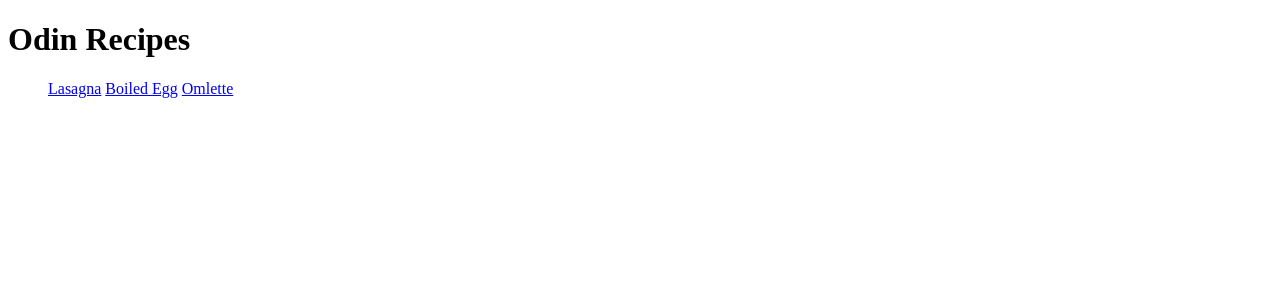
Repository: Pafestivo/odin-recipes
Page: index.html
These files come from the project's save history. The page is drawn as it stood at one moment and after the next save; the edit follows.
The browser window is 1280 px wide. The pictures show the whole page.

Above is the page before, as saved 2022-09-24 09:38:20.

### index.html
<!DOCTYPE html>
<html lang="en">
<head>
    <meta charset="UTF-8">
    <meta name="viewport" content="width=device-width, initial-scale=1.0">
    <title>Odin Recipes</title>
</head>
<body>
    <h1>Odin Recipes</h1>
    <ul>
        <a href="recipes/lasagna.html">Lasagna</a>
        <a href="recipes/boiled-egg">Boiled Egg</a>
        <a href="recipes/omlette">Omlette</a>
    </ul>

</body>
</html>

After the next save:
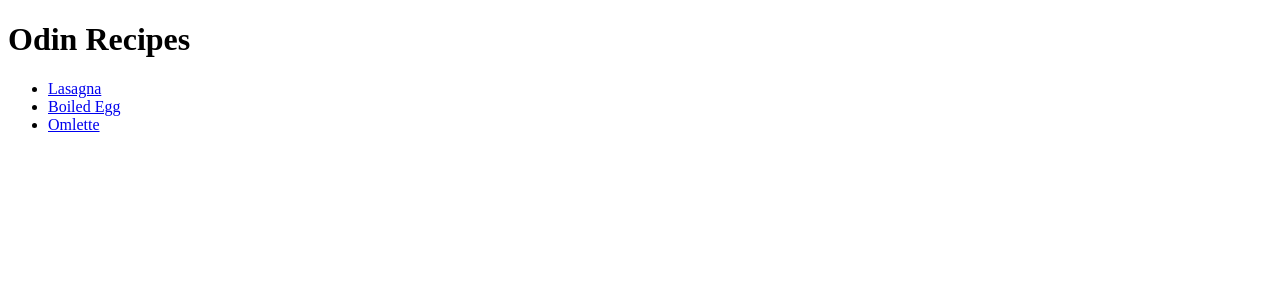
Saved 9 min 26 s later.
--- a/index.html
+++ b/index.html
@@ -8,9 +8,9 @@
 <body>
     <h1>Odin Recipes</h1>
     <ul>
-        <a href="recipes/lasagna.html">Lasagna</a>
-        <a href="recipes/boiled-egg">Boiled Egg</a>
-        <a href="recipes/omlette">Omlette</a>
+        <li><a href="recipes/lasagna.html">Lasagna</a></li>
+        <li><a href="recipes/boiled-egg">Boiled Egg</a></li>
+        <li><a href="recipes/omlette">Omlette</a></li>
     </ul>
 
 </body>
